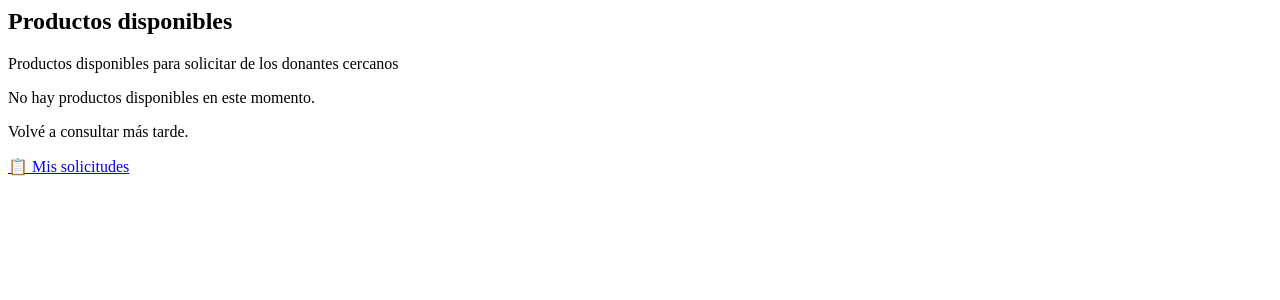
Repository: rngvalen/donapetit2.0
Page: http://localhost/app/view/products/available_products.php?controller=Solicitud&action=missolicitudes
The author's editor kept a copy of each file at every save. The page is drawn from the files as they stood at one save, then again after the next save.
The browser window is 1280 px wide. The pictures show the whole page.
The page is run by PHP 8.4 with error messages shown; the project is at /var/www/html/.

Above is the page before, as saved 2025-11-10 15:44:52.

### donapetit3-main/app/view/products/available_products.php
<?php
$productos = $productos ?? [];
$titulo = $titulo ?? 'Productos disponibles';

// Agrupar productos por donante
$porDonante = [];
foreach ($productos as $p) {
    $donante = $p['nombre_donante'] ?? 'Donante desconocido';
    if (!isset($porDonante[$donante])) {
        $porDonante[$donante] = [];
    }
    $porDonante[$donante][] = $p;
}
?>
<section class="max-w-7xl mx-auto px-4 py-8">

  <header class="mb-8">
    <h1 class="text-3xl font-bold text-slate-900"><?= htmlspecialchars($titulo) ?></h1>
    <p class="mt-2 text-slate-600">Productos disponibles para solicitar de los donantes cercanos</p>
  </header>

  <?php if (isset($_SESSION['success'])): ?>
    <div class="mb-6 rounded-xl border border-green-300 bg-green-50 text-green-800 text-sm p-4">
      <p class="font-semibold">✅ <?= htmlspecialchars($_SESSION['success']) ?></p>
      <?php unset($_SESSION['success']); ?>
    </div>
  <?php endif; ?>

  <?php if (isset($_SESSION['error'])): ?>
    <div class="mb-6 rounded-xl border border-red-300 bg-red-50 text-red-800 text-sm p-4">
      <p class="font-semibold">❌ <?= htmlspecialchars($_SESSION['error']) ?></p>
      <?php unset($_SESSION['error']); ?>
    </div>
  <?php endif; ?>

  <?php if (isset($_SESSION['info'])): ?>
    <div class="mb-6 rounded-xl border border-blue-300 bg-blue-50 text-blue-800 text-sm p-4">
      <p class="font-semibold">ℹ️ <?= htmlspecialchars($_SESSION['info']) ?></p>
      <?php unset($_SESSION['info']); ?>
    </div>
  <?php endif; ?>

  <?php if (empty($productos)): ?>
    <div class="text-center py-16 bg-slate-50 rounded-2xl">
      <p class="text-slate-500 text-lg">No hay productos disponibles en este momento.</p>
      <p class="text-slate-400 text-sm mt-2">Volvé a consultar más tarde.</p>
    </div>
  <?php else: ?>

    <!-- Agrupar por donante -->
    <?php foreach ($porDonante as $nombreDonante => $productosDelDonante): ?>
      <div class="mb-10 bg-white rounded-3xl shadow-lg border border-slate-200 p-6">

        <!-- Header del donante -->
        <div class="flex items-center justify-between mb-6 pb-4 border-b-2 border-blue-500">
          <div>
            <h2 class="text-2xl font-bold text-slate-800">
              🏪 <?= htmlspecialchars($nombreDonante) ?>
            </h2>
            <p class="text-sm text-slate-500 mt-1">
              <?= count($productosDelDonante) ?> producto(s) disponible(s)
            </p>
          </div>

          <!-- Botón para solicitar productos de este donante -->
          <a href="?controller=Solicitud&action=crear&id_donante=<?= htmlspecialchars($nombreDonante) ?>"
             class="px-6 py-3 bg-blue-600 hover:bg-blue-700 text-white font-semibold rounded-xl transition shadow-lg">
            📋 Crear solicitud
          </a>
        </div>

        <!-- Grid de productos -->
        <div class="grid grid-cols-1 md:grid-cols-2 lg:grid-cols-3 gap-6">
          <?php foreach ($productosDelDonante as $p): ?>
            <div class="bg-slate-50 border border-slate-200 rounded-2xl p-5 hover:shadow-lg transition">

              <div class="flex items-start justify-between mb-3">
                <div class="flex-1">
                  <h3 class="font-bold text-slate-900 text-lg">
                    <?= htmlspecialchars($p['nom_producto']) ?>
                  </h3>
                  <p class="text-sm text-slate-500 mt-1">
                    📦 <?= htmlspecialchars($p['categoria']) ?>
                  </p>
                </div>
                <span class="px-3 py-1 bg-green-100 text-green-800 text-xs font-semibold rounded-full whitespace-nowrap ml-2">
                  Disponible
                </span>
              </div>

              <div class="mt-4 pt-4 border-t border-slate-300">
                <div class="flex items-center justify-between">
                  <span class="text-sm text-slate-600 font-medium">Cantidad:</span>
                  <span class="text-xl font-bold text-blue-600">
                    <?= $p['cantidad_disponible'] ?> <?= htmlspecialchars($p['unidad']) ?>
                  </span>
                </div>
              </div>

            </div>
          <?php endforeach; ?>
        </div>
      </div>
    <?php endforeach; ?>

  <?php endif; ?>

  <!-- Botón flotante para ver mis solicitudes -->
  <div class="fixed bottom-8 right-8">
    <a href="?controller=Solicitud&action=misSolicitudes"
       class="flex items-center gap-2 px-6 py-3 bg-indigo-600 hover:bg-indigo-700 text-white font-semibold rounded-full shadow-2xl transition">
      📋 Mis solicitudes
    </a>
  </div>

</section>

After the next save:
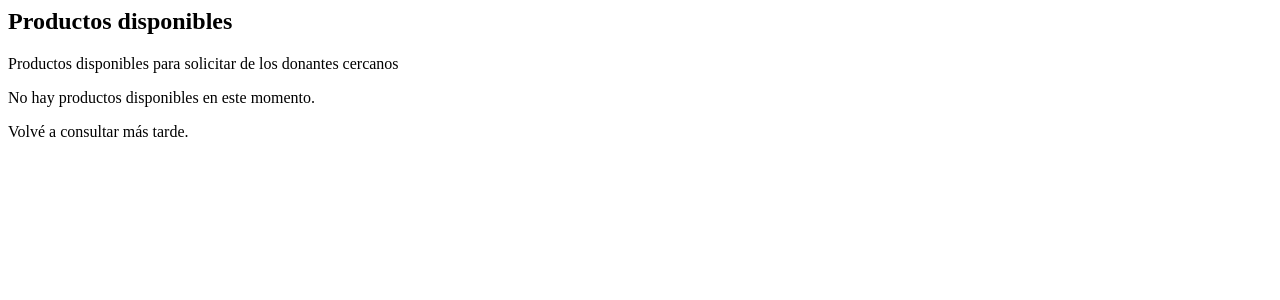
Saved 2 min 21 s later.
--- a/donapetit3-main/app/view/products/available_products.php
+++ b/donapetit3-main/app/view/products/available_products.php
@@ -1,16 +1,6 @@
 <?php
 $productos = $productos ?? [];
 $titulo = $titulo ?? 'Productos disponibles';
-
-// Agrupar productos por donante
-$porDonante = [];
-foreach ($productos as $p) {
-    $donante = $p['nombre_donante'] ?? 'Donante desconocido';
-    if (!isset($porDonante[$donante])) {
-        $porDonante[$donante] = [];
-    }
-    $porDonante[$donante][] = $p;
-}
 ?>
 <section class="max-w-7xl mx-auto px-4 py-8">
 
@@ -33,13 +23,6 @@ foreach ($productos as $p) {
     </div>
   <?php endif; ?>
 
-  <?php if (isset($_SESSION['info'])): ?>
-    <div class="mb-6 rounded-xl border border-blue-300 bg-blue-50 text-blue-800 text-sm p-4">
-      <p class="font-semibold">ℹ️ <?= htmlspecialchars($_SESSION['info']) ?></p>
-      <?php unset($_SESSION['info']); ?>
-    </div>
-  <?php endif; ?>
-
   <?php if (empty($productos)): ?>
     <div class="text-center py-16 bg-slate-50 rounded-2xl">
       <p class="text-slate-500 text-lg">No hay productos disponibles en este momento.</p>
@@ -47,54 +30,55 @@ foreach ($productos as $p) {
     </div>
   <?php else: ?>
 
-    <!-- Agrupar por donante -->
-    <?php foreach ($porDonante as $nombreDonante => $productosDelDonante): ?>
-      <div class="mb-10 bg-white rounded-3xl shadow-lg border border-slate-200 p-6">
+    <!-- Agrupar por categoría -->
+    <?php
+    $porCategoria = [];
+    foreach ($productos as $p) {
+      $cat = $p['categoria'] ?? 'Sin categoría';
+      if (!isset($porCategoria[$cat])) {
+        $porCategoria[$cat] = [];
+      }
+      $porCategoria[$cat][] = $p;
+    }
+    ?>
 
-        <!-- Header del donante -->
-        <div class="flex items-center justify-between mb-6 pb-4 border-b-2 border-blue-500">
-          <div>
-            <h2 class="text-2xl font-bold text-slate-800">
-              🏪 <?= htmlspecialchars($nombreDonante) ?>
-            </h2>
-            <p class="text-sm text-slate-500 mt-1">
-              <?= count($productosDelDonante) ?> producto(s) disponible(s)
-            </p>
-          </div>
+    <?php foreach ($porCategoria as $categoria => $items): ?>
+      <div class="mb-8">
+        <h2 class="text-xl font-bold text-slate-800 mb-4 pb-2 border-b-2 border-blue-500">
+          <?= htmlspecialchars($categoria) ?>
+        </h2>
 
-          <!-- Botón para solicitar productos de este donante -->
-          <a href="?controller=Solicitud&action=crear&id_donante=<?= htmlspecialchars($nombreDonante) ?>"
-             class="px-6 py-3 bg-blue-600 hover:bg-blue-700 text-white font-semibold rounded-xl transition shadow-lg">
-            📋 Crear solicitud
-          </a>
-        </div>
+        <div class="grid grid-cols-1 md:grid-cols-2 lg:grid-cols-3 gap-6">
+          <?php foreach ($items as $p): ?>
+            <div class="bg-white border border-slate-200 rounded-2xl p-6 hover:shadow-xl transition">
 
-        <!-- Grid de productos -->
-        <div class="grid grid-cols-1 md:grid-cols-2 lg:grid-cols-3 gap-6">
-          <?php foreach ($productosDelDonante as $p): ?>
-            <div class="bg-slate-50 border border-slate-200 rounded-2xl p-5 hover:shadow-lg transition">
-
-              <div class="flex items-start justify-between mb-3">
-                <div class="flex-1">
-                  <h3 class="font-bold text-slate-900 text-lg">
-                    <?= htmlspecialchars($p['nom_producto']) ?>
-                  </h3>
+              <div class="flex items-start justify-between mb-4">
+                <div>
+                  <h3 class="font-bold text-slate-900 text-lg"><?= htmlspecialchars($p['nom_producto']) ?></h3>
                   <p class="text-sm text-slate-500 mt-1">
-                    📦 <?= htmlspecialchars($p['categoria']) ?>
+                    🏪 <?= htmlspecialchars($p['nombre_donante']) ?>
                   </p>
                 </div>
-                <span class="px-3 py-1 bg-green-100 text-green-800 text-xs font-semibold rounded-full whitespace-nowrap ml-2">
+                <span class="px-3 py-1 bg-green-100 text-green-800 text-xs font-semibold rounded-full">
                   Disponible
                 </span>
               </div>
 
-              <div class="mt-4 pt-4 border-t border-slate-300">
-                <div class="flex items-center justify-between">
-                  <span class="text-sm text-slate-600 font-medium">Cantidad:</span>
-                  <span class="text-xl font-bold text-blue-600">
+              <div class="space-y-2 text-sm text-slate-600 mb-4">
+                <p class="flex items-center gap-2">
+                  <span class="font-semibold text-slate-900">📦 Cantidad:</span>
+                  <span class="text-lg font-bold text-blue-600">
                     <?= $p['cantidad_disponible'] ?> <?= htmlspecialchars($p['unidad']) ?>
                   </span>
-                </div>
+                </p>
+              </div>
+
+              <div class="pt-4 border-t border-slate-200">
+                <button
+                  onclick="solicitarProducto('<?= htmlspecialchars($p['nom_producto']) ?>', '<?= htmlspecialchars($p['nombre_donante']) ?>')"
+                  class="w-full px-4 py-2 bg-blue-600 hover:bg-blue-700 text-white font-medium rounded-lg transition text-sm">
+                  Solicitar producto
+                </button>
               </div>
 
             </div>
@@ -105,12 +89,11 @@ foreach ($productos as $p) {
 
   <?php endif; ?>
 
-  <!-- Botón flotante para ver mis solicitudes -->
-  <div class="fixed bottom-8 right-8">
-    <a href="?controller=Solicitud&action=misSolicitudes"
-       class="flex items-center gap-2 px-6 py-3 bg-indigo-600 hover:bg-indigo-700 text-white font-semibold rounded-full shadow-2xl transition">
-      📋 Mis solicitudes
-    </a>
-  </div>
+</section>
 
-</section>
+<script>
+function solicitarProducto(producto, donante) {
+  alert('Funcionalidad en desarrollo:\nProducto: ' + producto + '\nDonante: ' + donante);
+  // TODO: Implementar sistema de solicitudes
+}
+</script>
